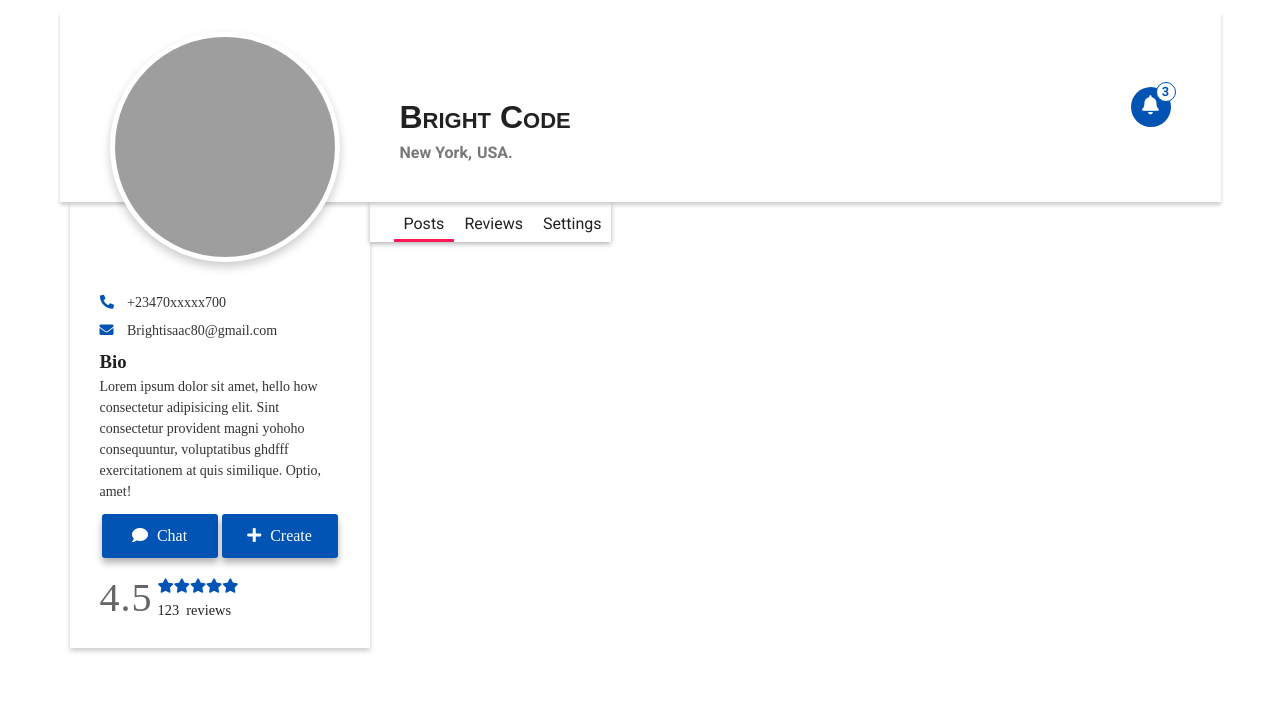
Repository: akinsikuoluwafemi/Pats_userAuth
Page: /userinfo
These files come from the project's save history. The page is drawn as it stood at one moment and after a run of saves; the edit follows.
The browser window is 1280 px wide. The pictures show the whole page.
Pictures or frames that could not be fetched are drawn as grey boxes. The project was rebuilt for these pictures with package versions that can differ from the ones it lists, and the page was loaded fresh each time. Also part of the build but not shown: vue.config.js, src/views/Home.vue, src/components/Login.vue, src/components/Signup.vue.

Above is the page before, as saved 2020-11-05 01:46:50.

### src/App.vue
<template>
  <v-app>


    <v-main>
      <router-view></router-view>
    </v-main>
  </v-app>
</template>

<script>

export default {
  name: 'App',

  components: {

},

  data: () => ({
    //
  }),
};
</script>

### src/router/index.js
import Vue from 'vue'
import VueRouter from 'vue-router'
import Home from '../views/Home.vue'
import Login from '../components/Login.vue'
import Signup from "../components/Signup.vue";
import UserInfo from "../components/UserInfo.vue";


Vue.use(VueRouter)

const routes = [
  {
    path: "/",
    name: "Home",
    component: Home,
  },
  {
    path: "/login",
    name: "Login",
    component: Login,
  },

  {
    path: "/signup",
    name: "Signup",
    component: Signup,
  },

  {
    path: "/userinfo",
    name: "Userinfo",
    component: UserInfo,
  },
  {
    path: "/about",
    name: "About",
    // route level code-splitting
    // this generates a separate chunk (about.[hash].js) for this route
    // which is lazy-loaded when the route is visited.
    component: () =>
      import(/* webpackChunkName: "about" */ "../views/About.vue"),
  },
];

const router = new VueRouter({
  mode: 'history',
  base: process.env.BASE_URL,
  routes
})

export default router

### src/plugins/vuetify.js
import "@fortawesome/fontawesome-free/css/all.css"
import 'material-design-icons-iconfont/dist/material-design-icons.css'
import Vue from 'vue';
import Vuetify from 'vuetify/lib';

Vue.use(Vuetify);

export default new Vuetify({
    icons: {
        iconfont: 'md' || 'fa'
    }
});

### src/components/UserInfo.vue
<template>
    <div class="container">
  <div class="profile-header">
    <div class="profile-img">
      <img src="https://images.unsplash.com/photo-1486312338219-ce68d2c6f44d?ixlib=rb-1.2.1&ixid=eyJhcHBfaWQiOjEyMDd9&auto=format&fit=crop&w=1352&q=80" width="200" alt="Profile Image">
    </div>
    <div class="profile-nav-info">
      <h3 class="user-name">Bright Code</h3>
      <div class="address">
        <p id="state" class="state">New York,</p>
        <span id="country" class="country">USA.</span>

      </div>

    </div>
    <div class="profile-option">
      <div class="notification">
        <i class="fa fa-bell"></i>
        <span class="alert-message">3</span>
      </div>
    </div>



  </div>

  <div class="main-bd">
    <div class="left-side">
      <div class="profile-side">
        <p class="mobile-no"><i class="fa fa-phone"></i> +23470xxxxx700</p>
        <p class="user-mail"><i class="fa fa-envelope"></i> Brightisaac80@gmail.com</p>
        <div class="user-bio">
          <h3>Bio</h3>
          <p class="bio">
            Lorem ipsum dolor sit amet, hello how consectetur adipisicing elit. Sint consectetur provident magni yohoho consequuntur, voluptatibus ghdfff exercitationem at quis similique. Optio, amet!
          </p>
        </div>
        <div class="profile-btn">
          <button class="chatbtn" id="chatBtn"><i class="fa fa-comment"></i> Chat</button>
          <button class="createbtn" id="Create-post"><i class="fa fa-plus"></i> Create</button>
        </div>
        <div class="user-rating">
          <h3 class="rating">4.5</h3>
          <div class="rate">
            <div class="star-outer">
              <div class="star-inner">
                <i class="fa fa-star"></i>
                <i class="fa fa-star"></i>
                <i class="fa fa-star"></i>
                <i class="fa fa-star"></i>
                <i class="fa fa-star"></i>
              </div>
            </div>
            <span class="no-of-user-rate"><span>123</span>&nbsp;&nbsp;reviews</span>

          </div>

        </div>
      </div>

    </div>
    <div class="right-side">

      <div class="nav">
        <ul>
          <li onclick="tabs(0)" class="user-post active">Posts</li>
          <li onclick="tabs(1)" class="user-review">Reviews</li>
          <li onclick="tabs(2)" class="user-setting"> Settings</li>

        </ul>
      </div>
      <div class="profile-body">
        <div class="profile-posts tab">
          <h1>Your Post</h1>
          <p>Lorem ipsum dolor sit amet, consectetur adipisicing elit. Ipsa quia sunt itaque ut libero cupiditate ullam qui velit laborum placeat doloribus, non tempore nisi ratione error rem minima ducimus. Accusamus adipisci quasi at itaque repellat sed
            magni eius magnam repellendus. Quidem inventore repudiandae sunt odit. Aliquid facilis fugiat earum ex officia eveniet, nisi, similique ad ullam repudiandae molestias aspernatur qui autem, nam? Cupiditate ut quasi iste, eos perspiciatis maiores
            molestiae.</p>
        </div>
        <div class="profile-reviews tab">
          <h1>User reviews</h1>
          <p>Lorem ipsum dolor sit amet, consectetur adipisicing elit. Aliquam pariatur officia, aperiam quidem quasi, tenetur molestiae. Architecto mollitia laborum possimus iste esse. Perferendis tempora consectetur, quae qui nihil voluptas. Maiores debitis
            repellendus excepturi quisquam temporibus quam nobis voluptatem, reiciendis distinctio deserunt vitae! Maxime provident, distinctio animi commodi nemo, eveniet fugit porro quos nesciunt quidem a, corporis nisi dolorum minus sit eaque error
            sequi ullam. Quidem ut fugiat, praesentium velit aliquam!</p>
        </div>
        <div class="profile-settings tab">
          <div class="account-setting">
            <h1>Acount Setting</h1>
            <p>Lorem ipsum dolor sit amet, consectetur adipisicing elit. Reprehenderit omnis eaque, expedita nostrum, facere libero provident laudantium. Quis, hic doloribus! Laboriosam nemo tempora praesentium. Culpa quo velit omnis, debitis maxime, sequi
              animi dolores commodi odio placeat, magnam, cupiditate facilis impedit veniam? Soluta aliquam excepturi illum natus adipisci ipsum quo, voluptatem, nemo, commodi, molestiae doloribus magni et. Cum, saepe enim quam voluptatum vel debitis
              nihil, recusandae, omnis officiis tenetur, ullam rerum.</p>
          </div>
        </div>
      </div>
    </div>
  </div>
</div>

</template>


<style scoped>

.profile-header { background: #fff; width: 100%; display: flex; height: 190px;
position: relative; box-shadow: 0px 3px 4px rgba(0, 0, 0, 0.2); } .profile-img {
float: left; width: 340px; height: 200px; } .profile-img img { border-radius:
50%; height: 230px; width: 230px; border: 5px solid #fff; box-shadow: 0px 5px
10px rgba(0, 0, 0, 0.2); position: absolute; left: 50px; top: 20px; z-index: 5;
background: #fff; } .profile-nav-info { float: left; display: flex;
flex-direction: column; justify-content: center; padding-top: 60px; }
.profile-nav-info h3 { font-variant: small-caps; font-size: 2rem; font-family:
sans-serif; font-weight: bold; } .profile-nav-info .address { display: flex;
font-weight: bold; color: #777; } .profile-nav-info .address p { margin-right:
5px; } .profile-option { width: 40px; height: 40px; position: absolute; right:
50px; top: 50%; transform: translateY(-50%); border-radius: 50%; display: flex;
justify-content: center; align-items: center; cursor: pointer; transition: all
0.5s ease-in-out; outline: none; background: #0153B4; } .profile-option:hover {
background: #fff; border: 1px solid #0153B4; } .profile-option:hover
.notification i { color: #0153B4; } .profile-option:hover span { background:
#0153B4; } .profile-option .notification i { color: #fff; font-size: 1.2rem;
transition: all 0.5s ease-in-out; } .profile-option .notification .alert-message
{ position: absolute; top: -5px; right: -5px; background: #fff; color: #0153B4;
border: 1px solid #0153B4; padding: 5px; border-radius: 50%; height: 20px;
width: 20px; display: flex; justify-content: center; align-items: center;
font-size: 0.8rem; font-weight: bold; } .main-bd { width: 100%; display: flex;
padding-right: 15px; } .profile-side { width: 300px; background: #fff;
box-shadow: 0px 3px 5px rgba(0, 0, 0, 0.2); padding: 90px 30px 20px;
font-family: "Bree Serif", serif; margin-left: 10px; z-index: 99; }
.profile-side p { margin-bottom: 7px; color: #333; font-size: 14px; }
.profile-side p i { color: #0153B4; margin-right: 10px; } .mobile-no i {
transform: rotateY(180deg); color: #0153B4; } .profile-btn { display: flex; }
button.chatbtn, button.createbtn { border: 0; padding: 10px; width: 100%;
border-radius: 3px; background: #0153B4; color: #fff; font-family: "Bree Serif";
font-size: 1rem; margin: 5px 2px; cursor: pointer; outline: none; margin-bottom:
10px; transition: background 0.3s ease-in-out; box-shadow: 0px 5px 7px 0px
rgba(0, 0, 0, 0.3); } button.chatbtn:hover, button.createbtn:hover { background:
rgba(288, 0, 70, 0.9); } button.chatbtn i, button.createbtn i { margin-right:
5px; } .user-rating { display: flex; } .user-rating h3 { font-size: 2.5rem;
font-weight: 200; margin-right: 5px; letter-spacing: 1px; color: #666; }
.user-rating .no-of-user-rate { font-size: 0.9rem; } .rate { padding-top: 6px; }
.rate i { font-size: 0.9rem; color: #0153B4
; } .nav { width: 100%;
z-index: -1; } .nav ul { display: flex; justify-content: space-around;
list-style-type: none; height: 40px; background: #fff; box-shadow: 0px 2px 5px
rgba(0, 0, 0, 0.3); } .nav ul li { padding: 10px; width: 100%; cursor: pointer;
text-align: center; transition: all 0.2s ease-in-out; } .nav ul li:hover, .nav
ul li.active { box-shadow: 0px -3px 0px rgba(288, 0, 70, 0.9) inset; }
.profile-body { width: 100%; z-index: -1; } .tab { display: none; } .tab {
padding: 20px; width: 100%; text-align: center; } @media (max-width: 1100px) {
.profile-side { width: 250px; padding: 90px 15px 20px; } .profile-img img {
height: 200px; width: 200px; left: 50px; top: 50px; } } @media (max-width:
900px) { body { margin: 0 20px; } .profile-header { display: flex; height: 100%;
flex-direction: column; text-align: center; padding-bottom: 20px; } .profile-img
{ float: left; width: 100%; height: 200px; } .profile-img img { position:
relative; height: 200px; width: 200px; left: 0px; } .profile-nav-info {
text-align: center; } .profile-option { right: 20px; top: 75%; transform:
translateY(50%); } .main-bd { flex-direction: column; padding-right: 0; }
.profile-side { width: 100%; text-align: center; padding: 20px; margin: 5px 0; }
.profile-nav-info .address { justify-content: center; } .user-rating {
justify-content: center; } } @media (max-width: 400px) { body { margin: ; }
.profile-option { width: 30px; height: 30px; position:
absolute; right: 15px; top: 83%; } .profile-option .notification .alert-message
{ top: -3px; right: -4px; padding: 4px; height: 15px; width: 15px; font-size:
0.7rem; } .profile-nav-info h3 { font-size: 1.9rem; } .profile-nav-info .address
p, .profile-nav-info .address span { font-size: 0.7rem; } } #see-more-bio,
#see-less-bio { color: blue; cursor: pointer; text-transform: lowercase; } .tab
h1 { font-family: "Bree Serif", sans-serif; display: flex; justify-content:
center; margin: 20px auto; }



</style>

Loaded but not shown: public/index.html (common file); src/main.js (common file)

After the next 6 saves:
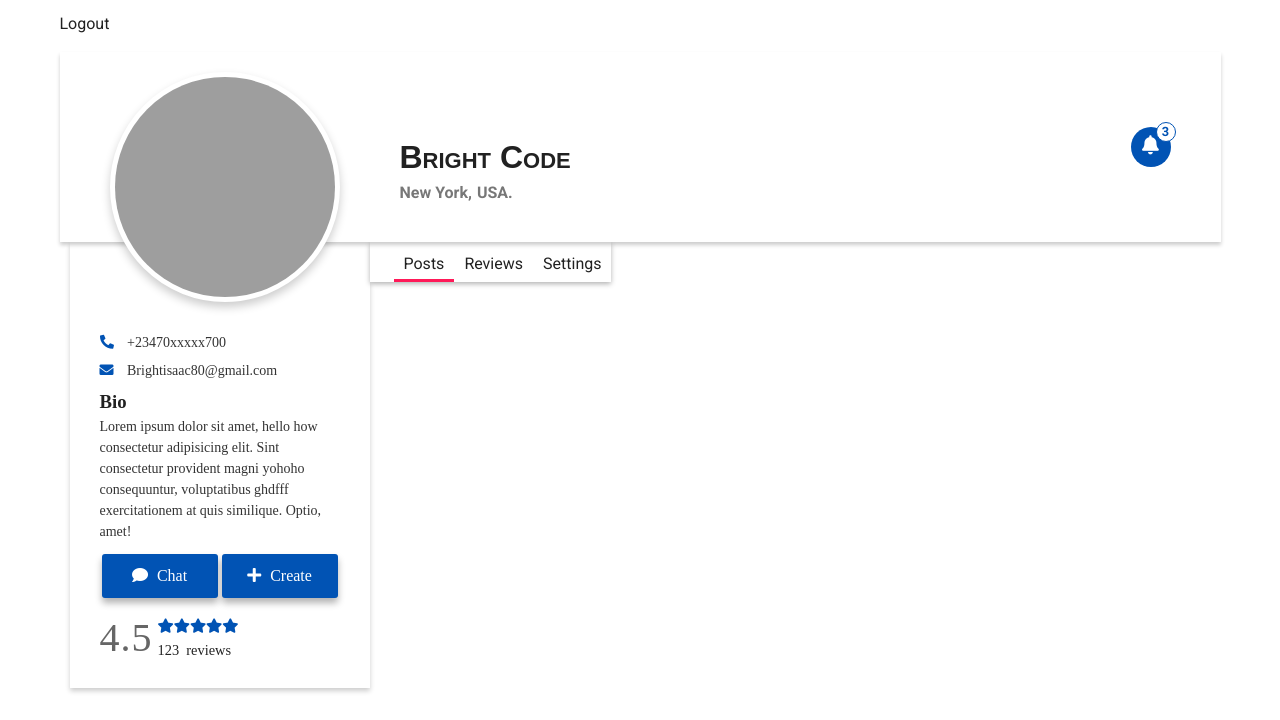
The 6 saves are shown as one change because 1 did not build or start and some came seconds apart.
The last was saved 86 s later.
--- a/src/components/UserInfo.vue
+++ b/src/components/UserInfo.vue
@@ -1,5 +1,7 @@
 <template>
     <div class="container">
+    <p>Logout</p>
+
   <div class="profile-header">
     <div class="profile-img">
       <img src="https://images.unsplash.com/photo-1486312338219-ce68d2c6f44d?ixlib=rb-1.2.1&ixid=eyJhcHBfaWQiOjEyMDd9&auto=format&fit=crop&w=1352&q=80" width="200" alt="Profile Image">
